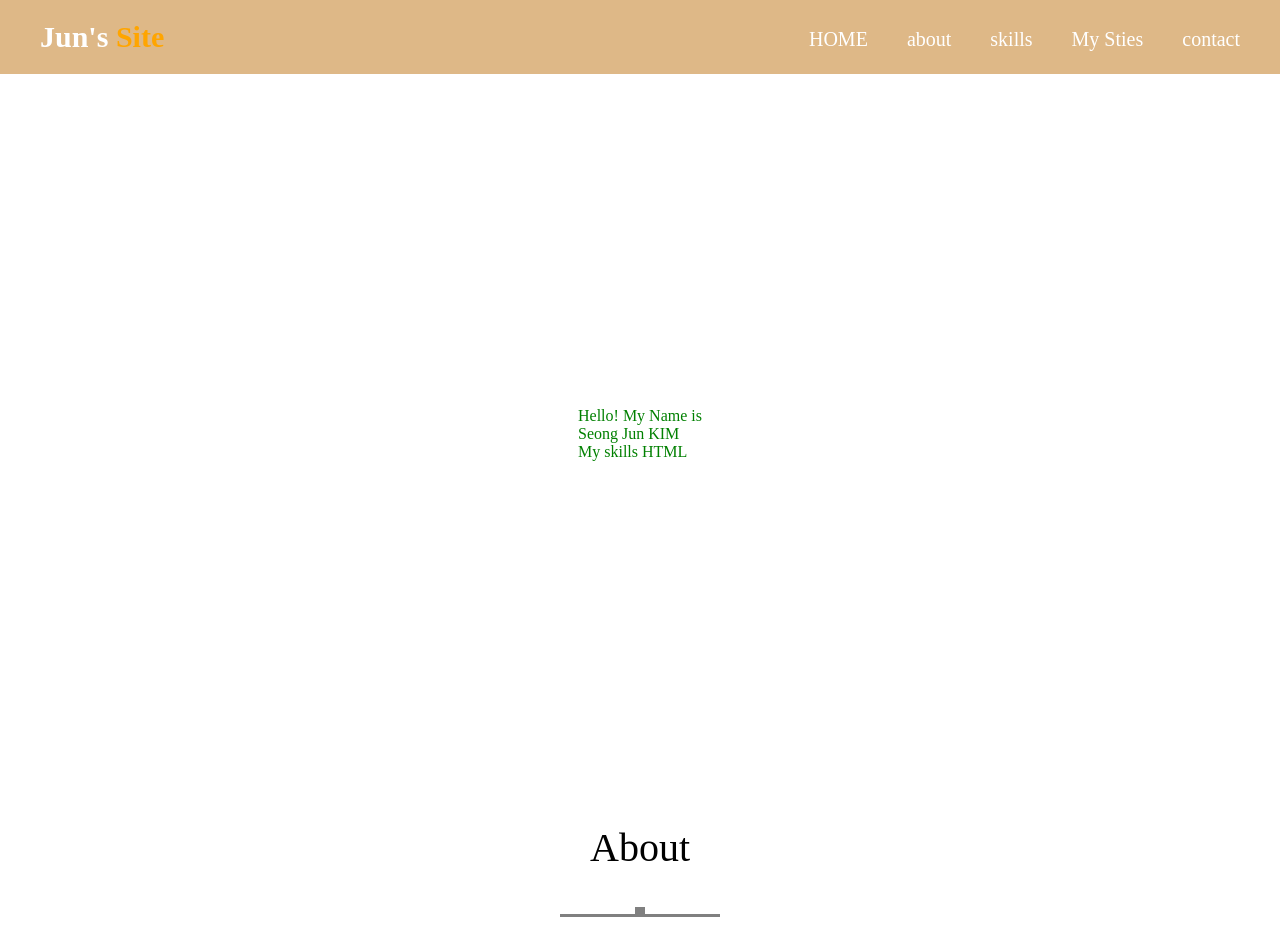
Repository: jun01270/jun
Page: index.html
An editor plug-in stored every save of this project. The page is shown before and after the next save, followed by the edit.
The browser window is 1280 px wide. The pictures show the part of the page from y = 0 to 952 px (the page is 2474 px tall).
A picture or video elsewhere on the page could not be fetched, so the positions and the page height are approximate. Some web libraries are served in a nearby version.

Above is the page before, as saved 2023-05-10 11:04:27.

After the next save:
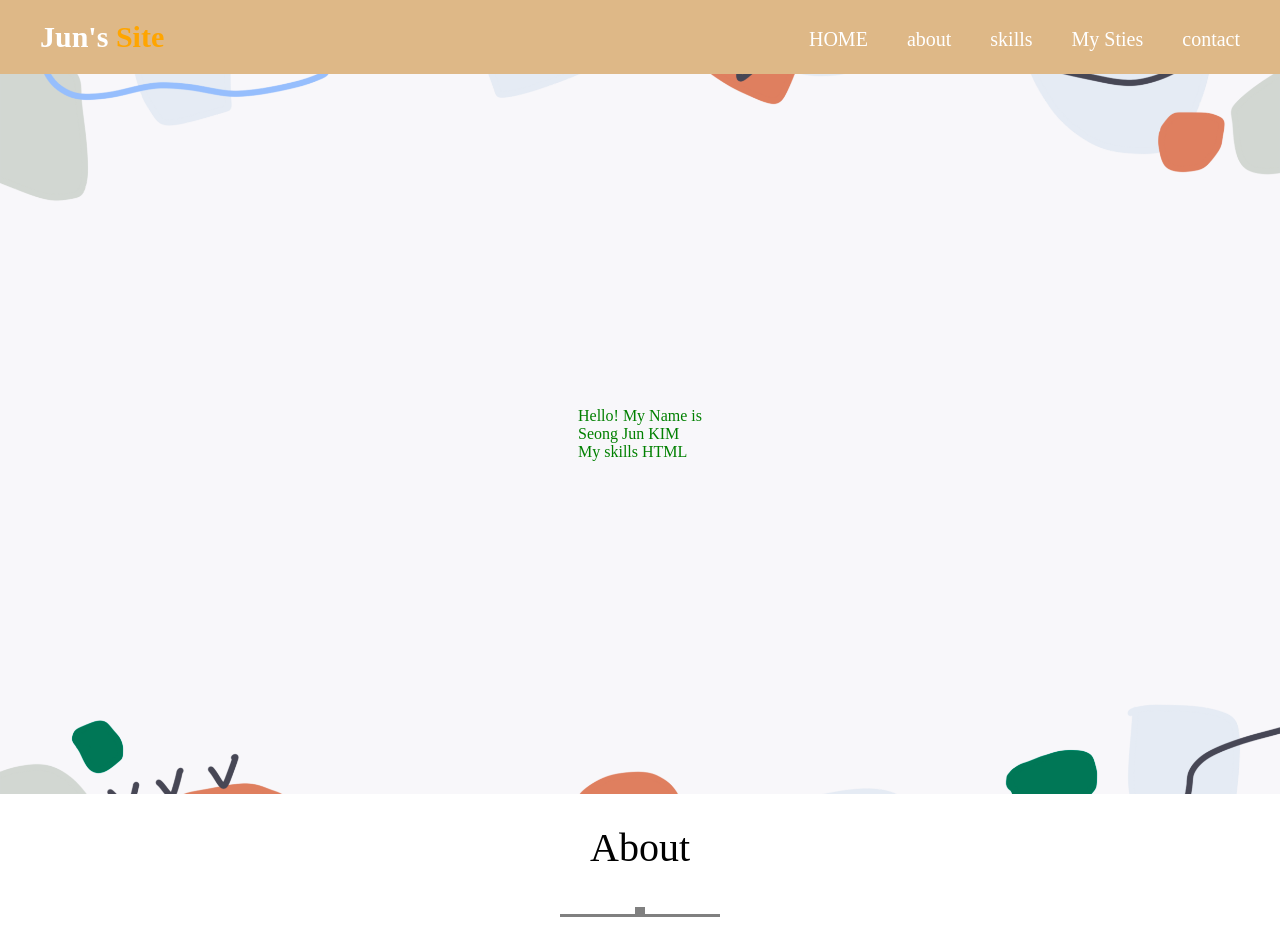
Saved 76 s later.
--- a/css/home.css
+++ b/css/home.css
@@ -3,6 +3,6 @@
   height: 100vh;
   min-height: 500px;
   color: green;
-  background-image: "./img/background.png";
+  background: url("../img/background.png") no-repeat center;
   background-size: cover;
 }
